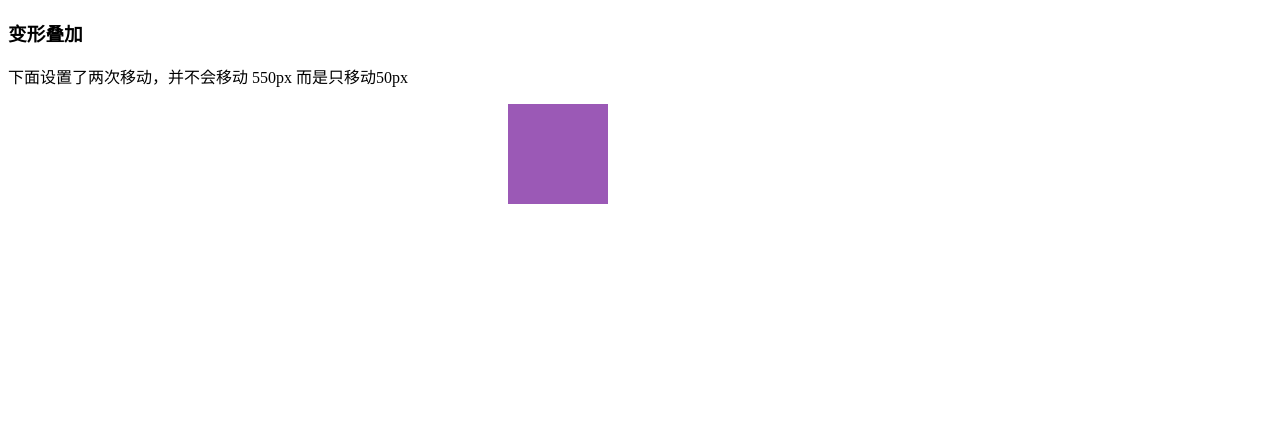
Repository: Aissd/animateDemo
Page: translate.html
An editor plug-in stored every save of this project. The page is shown before and after the next save, followed by the edit.
The browser window is 1280 px wide. The pictures show the whole page.

Above is the page before, as saved 2020-05-11 21:35:29.

After the next save:
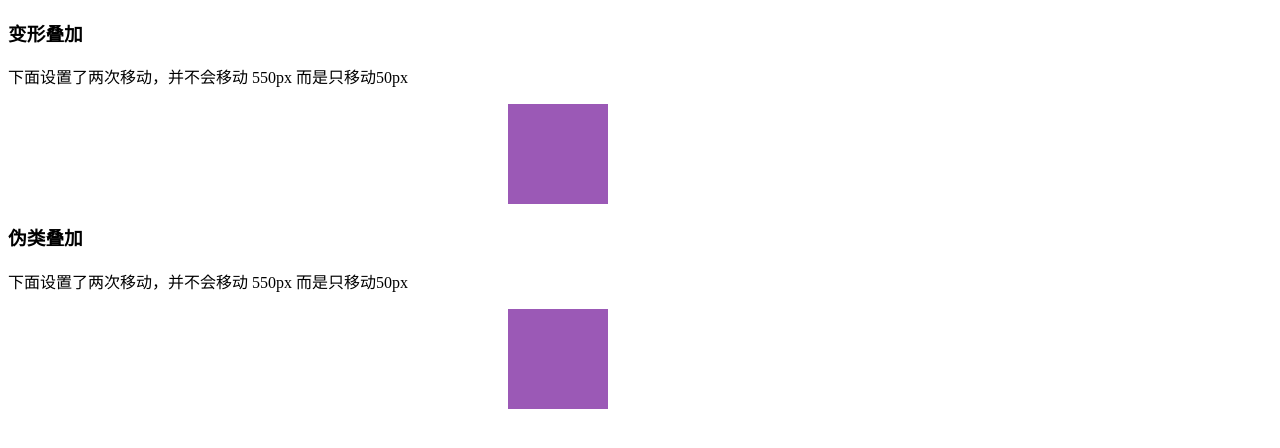
Saved 59 s later.
--- a/translate.html
+++ b/translate.html
@@ -13,6 +13,12 @@
             <p>下面设置了两次移动，并不会移动 550px 而是只移动50px</p>
             <div class="demo01"></div>
         </section>
+
+        <section class="demo-section">
+            <h3>伪类叠加</h3>
+            <p>下面设置了两次移动，并不会移动 550px 而是只移动50px</p>
+            <div class="demo01"></div>
+        </section>
     </div>
 </body>
 </html>
